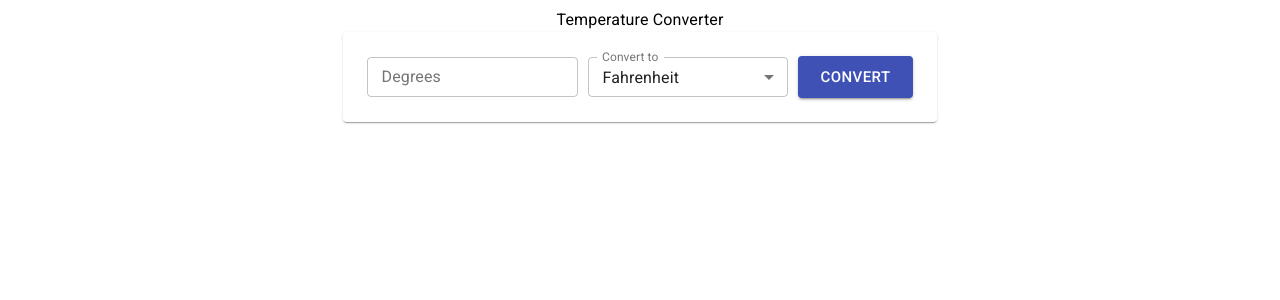
Repository: zum281/temperature-converter
Page: /
These files come from the project's save history. The page is drawn as it stood at one moment and after the next save; the edit follows.
The browser window is 1280 px wide. The pictures show the whole page.
The project was rebuilt for these pictures with package versions that can differ from the ones it lists, and the page was loaded fresh each time. Also part of the build but not shown: src/components/Result.js.

Above is the page before, as saved 2021-07-09 14:49:07.

After the next save:
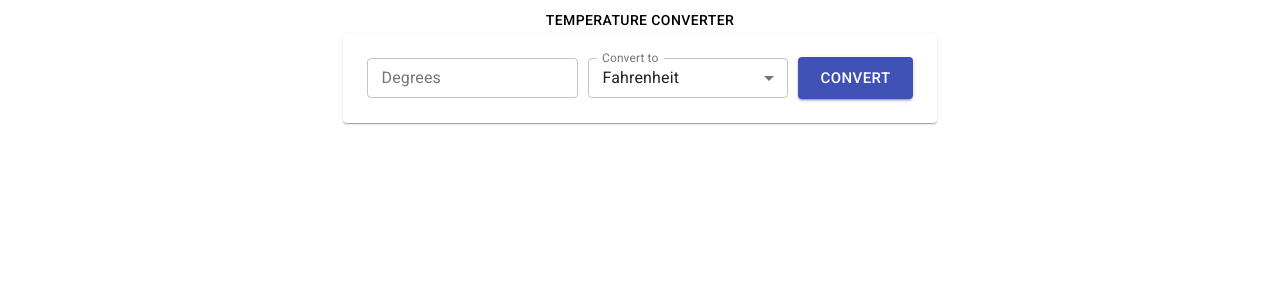
Saved 11 s later.
--- a/src/App.js
+++ b/src/App.js
@@ -16,7 +16,7 @@ function App() {
     const classes = useStyles();
     return (
         <div className={classes.root}>
-            <Typography>Temperature Converter</Typography>
+            <Typography variant="button">Temperature Converter</Typography>
             <Calculator />
         </div>
     );
